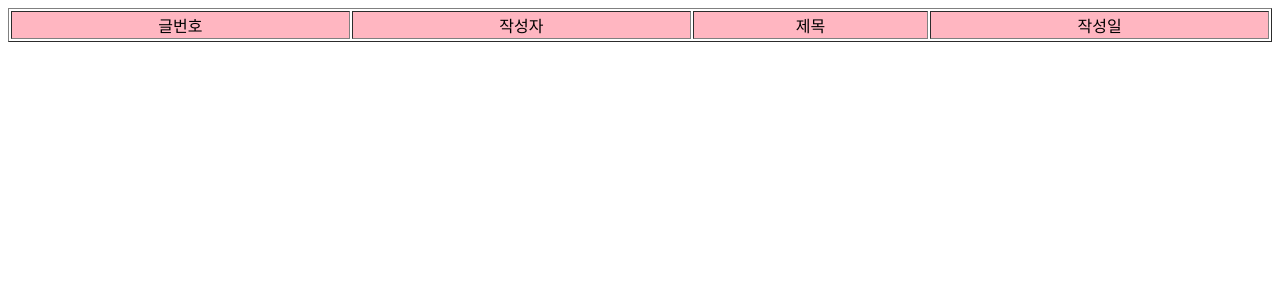
Repository: khkhkhh/JAVA
Page: http://localhost/pro17/board/listArticles.do
The author's editor kept a copy of each file at every save. The page is drawn from the files as they stood at one save, then again after the next save.
The browser window is 1280 px wide. The pictures show the whole page.
The page is served by Tomcat 9. Queries for data that is not in the repository find no rows.

Above is the page before, as saved 2022-08-09 00:48:16.

After the next save:
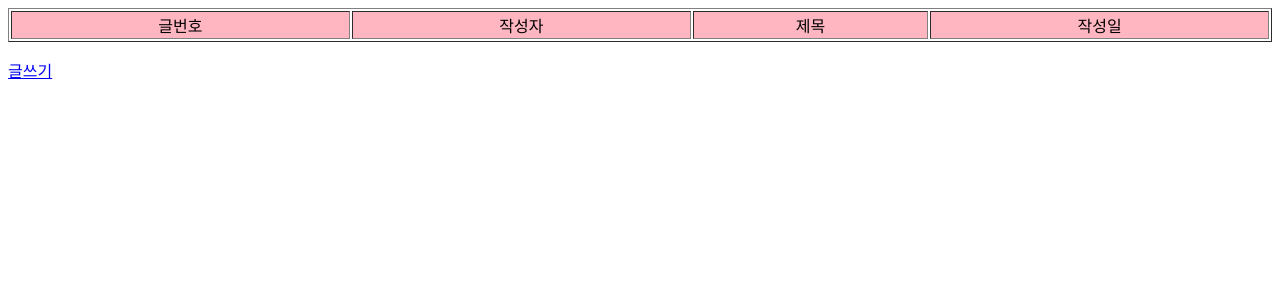
Saved 2 min 0 s later.
--- a/pro17/src/main/webapp/board01/listArticles.jsp
+++ b/pro17/src/main/webapp/board01/listArticles.jsp
@@ -31,12 +31,13 @@ request.setCharacterEncoding("UTF-8");
 				</tr>
 			</c:when>
 			<c:when test="${articlesList != null }">
-				<c:forEach var="article" items="${articlesList }" varStatus="articleNum">
+				<c:forEach var="article" items="${articlesList }"
+					varStatus="articleNum">
 					<tr align="center">
 						<td width="5%">${articleNum.count }</td>
 						<td width="10%">${article.id }</td>
-						<td align='left' width="35%"><span style="padding-right: 30px"></span>
-<!-- 							 <c:choose>
+						<td align='left' width="35%"><span
+							style="padding-right: 30px"></span> <!-- 							 <c:choose>
 								<c:when test='${article.level > 1}'>
 									<c:forEach begin="1" end="${article.level }" step="1">
 										<span style="padding-left: 20px"></span>
@@ -54,5 +55,7 @@ request.setCharacterEncoding("UTF-8");
 				</c:forEach>
 			</c:when>
 		</c:choose>
+	</table>
+	<a href="${contextPath }/board/listArticles.do"><span><p>글쓰기</p></span></a>
 </body>
 </html>
